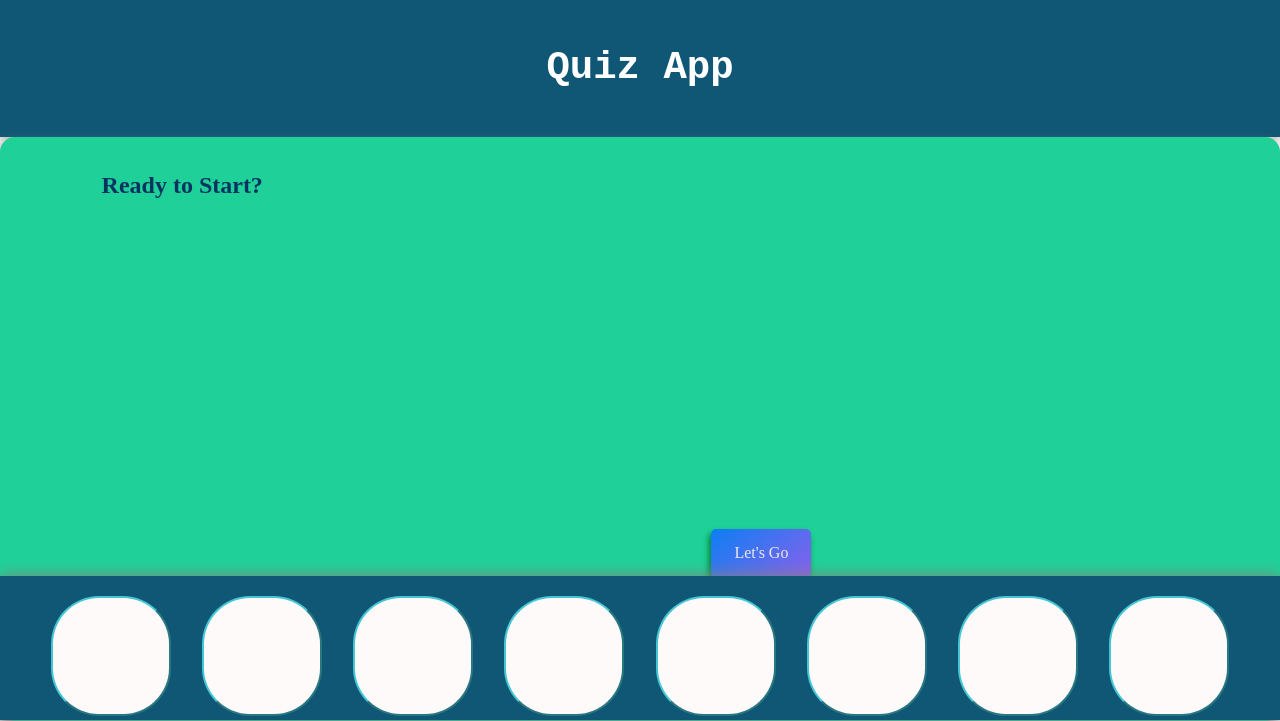
Repository: tpic12/quiz_app
Page: index.html
An editor plug-in stored every save of this project. The page is shown before and after the next save, followed by the edit.
The browser window is 1280 px wide. The pictures show the whole page.

Above is the page before, as saved 2019-12-28 12:20:14.

### index.html
<!DOCTYPE html>
<html lang="en">

<head>
  <meta charset="UTF-8">
  <meta name="viewport" content="width=device-width, initial-scale=1.0">
  <meta http-equiv="X-UA-Compatible" content="ie=edge">
  <title>Quiz App</title>
  <link href="https://cdnjs.cloudflare.com/ajax/libs/normalize/8.0.1/normalize.min.css" rel="stylesheet"
    type="text/css" />
  <link href="app.css" rel="stylesheet" type="text/css" />
</head>

<body>
  <header>
    <section class='banner'>
      <h1>Quiz App</h1>
    </section>
  </header>
  <main class='display'>

  </main>
  <footer>
    <section class='counts'>
        <div class='count 0'></div>
        <div class='count 1'></div>
        <div class='count 2'></div>
        <div class='count 3'></div>
        <div class='count 4'></div>
        <div class='count 5'></div>
        <div class='count 6'></div>
        <div class='count 7'></div>
    </section>
  </footer>
  <script src="https://code.jquery.com/jquery-3.4.1.slim.js" crossorigin="anonymous"></script>
  <script src="app.js"></script>
</body>

</html>

### app.css
/* Your styles should be mobile-first and responsive */

/**
  * If you are unclear on how to utilize a mobile-first, responsive technique to write your CSS, here is an example:
  *
  * https://github.com/andreacardybailey/responsive_example/blob/master/styles/responsive-base.css
  *
*/
* {
  box-sizing: border-box;
  margin: 0;
}

.banner h1 {
  font-family: monospace;
  font-size: 3em;
}

.banner,
footer {
  color: white;
  font-family: monospace;
  padding: 20px;
  width: 100%;
  text-align: center;
  background-color: hsl(198, 76%, 26%);
  box-shadow: 0px 0px 15px grey;
  border-bottom: none;
  left: 0;
}

.main_card {
  display: flex;
  min-width: 20vw;
  min-height: 40vh;
  text-align: center;
  justify-content: space-evenly;
  align-content: space-around;
  background-color: hsl(161, 74%, 47%);
  border-radius: 15px;
  padding: 20px;
  border: none;
  box-shadow: -2px 6px 12px grey;
}

button {
  margin: 30%;
  margin-bottom: 10%;
  color: hsl(0, 7%, 92%);
  background: linear-gradient(140deg, hsl(210, 91%, 50%), hsl(258, 78%, 65%));
  border: none;
  max-width: 130px;
  min-width: 100px;
  border-radius: 5px;
  padding: 15px;
  box-shadow: -2px 4px 6px hsl(142, 98%, 24%);
}

.main_card > form#qForm {
  display: flex;
  flex-flow: row wrap;
}

.mid-card {
  display: flex;
  flex-flow: column wrap;
  margin: auto;
  margin-top: 100px;
  max-width: 400px;
  min-width: 200px;
  text-align: center;

  background-color: hsl(161, 74%, 47%);
  border-radius: 15px;
  padding: 20px;
  border: none;
  box-shadow: -2px 6px 12px grey;
}

.main_card > h2 {
  margin: 15px 0px 0px 5px;
  font-weight: bolder;
  color: hsl(210, 90%, 20%);
}

input {
  margin: 20px 15px 20px 65px;
}

footer {
  position: fixed;
  bottom: 0;
  left: 0;
  max-height: 20vh;
}

.counts {
  display: flex;
  justify-content: space-evenly;
}

.count {
  border: 2px outset hsl(186, 63%, 55%);
  font-family: 'Gill Sans', 'Gill Sans MT', Calibri, 'Trebuchet MS', sans-serif;
  border-radius: 40%;
  flex-direction: row;
  width: 120px;
  height: 120px;
  background-color: hsl(0, 100%, 99%);
  padding: 15px;
}

h1 {
  font-family: sans-serif;
}

.green {
  background-color: green !important;
}

.red {
  background-color: red !important;
}

#snackbar > p {
  visibility: hidden;
  min-width: 15vw;

  color: #fff;
  text-align: center;
  align-content: flex-start;
  padding: 5px;
  position: absolute;
  z-index: 1;
  left: ;
  top: -30px;
}

#snackbar.show {
  visibility: visible;
  /-webkit-animation: fadein 0.5s, fadeout 0.5s 2.5s;
  animation: fadein 0.5s, fadeout 0.5s 2.5s;
}

### app.js
/**
 * Example store structure
 */
'use strict';

const STORE = {
  // 5 or more questions are required
  questions: [
    {
      question: 'How many items in a bakers dozen??',
      answers: ['11', '12', '13', '3'],
      correctAnswer: '13'
    },
    {
      question: 'What month is Oktoberfest held?',
      answers: ['September', 'October', 'Every Month', 'August'],
      correctAnswer: 'September'
    },
    {
      question: 'What color is an Orange Blossom?',
      answers: ['Red', 'Orange', 'Pink', 'White'],
      correctAnswer: 'White'
    },
    {
      question: 'Where did the Panama Hat originate?',
      answers: ['Ecuador', 'Panama', 'China', 'Cuba'],
      correctAnswer: 'Ecuador'
    },
    {
      question: 'What are toy marbles made from?',
      answers: ['Plastic', 'Quartz', 'Diamond', 'Glass'],
      correctAnswer: 'Glass'
    },
    {
      question: 'How many gallons are in a ten-gallon hat?',
      answers: [
        'Half a Gallon',
        'Ten-Gallons',
        'Three-Fourths of a Gallon',
        'Give-Gallon'
      ],
      correctAnswer: 'Three-Fourths of a Gallon'
    },
    {
      question: 'What is the biggest animal to ever live?',
      answers: ['Mammoth', 'T-Rex', 'Blue Whale', 'Brontosaurus'],
      correctAnswer: 'Blue Whale'
    },
    {
      question: 'Where is the red-bellied woodpecker predominately red?',
      answers: ['Head', 'Wings', 'Feet', 'Belly'],
      correctAnswer: 'Head'
    }
  ],
  questionNumber: 0,
  score: 0,
  quizStart: false
};

/**
 *
 * Your app should include a render() function, that regenerates
 * the view each time the store is updated. See your course
 * material, consult your instructor, and reference the slides
 * for more details.
 *
 * NO additional HTML elements should be added to the index.html file.
 *
 * You may add attributes (classes, ids, etc) to the existing HTML elements, or link stylesheets or additional scripts if necessary
 *
 */

/**
 * This function renders the quiz after you start, ...
 * answer a question, or restart the quiz
 */
function renderStartQuiz() {
  const mainCard = `<section class="main_card">
      <h2>Ready to Start?</h2>
      <button type='submit' id='start_quiz'>Let's Go</button>
    </section>`;

  $('.display').html(mainCard);

  $('.display').on('click', '#start_quiz', function(event) {
    event.preventDefault();
    STORE.quizStart = true;
    $('.main_card')
      .children()
      .remove();
    handleQuiz();
  });
}
/**
 * renders question one at a time depending on question number
 */
function renderQuestion() {
  if (
    STORE.questionNumber === STORE.questions.length &&
    STORE.questionNumber > 1
  ) {
    renderResults();
  } else {
    const qCard = `<h2>${STORE.questions[STORE.questionNumber].question}</h2>
    <form id="qForm">
        <input type='radio' name='answer' id='q1' value="${
          STORE.questions[STORE.questionNumber].answers[0]
        }"/><label for='q1' id='0'>${
      STORE.questions[STORE.questionNumber].answers[0]
    }</label>
        <input type='radio' name='answer' id='q2' value="${
          STORE.questions[STORE.questionNumber].answers[1]
        }"/><label for='q2' id='1'>${
      STORE.questions[STORE.questionNumber].answers[1]
    }</label><br>
        <input type='radio' name='answer' id='q3' value="${
          STORE.questions[STORE.questionNumber].answers[2]
        }"/><label for='q3' id='2'>${
      STORE.questions[STORE.questionNumber].answers[2]
    }</label>
        <input type='radio' name='answer' id='q4' value="${
          STORE.questions[STORE.questionNumber].answers[3]
        }"/><label for='q4' id='3'>${
      STORE.questions[STORE.questionNumber].answers[3]
    }</label><br>
    </form>
    <button type='submit' id='submit_answer'>Final Answer</button>`;

    $('.main_card').html(qCard);
    $('input:checked').on('su');
    $('.main_card').on('click', '#submit_answer', function(event) {
      event.preventDefault();
      checkAnswer();
      //original next question spot

      $('.main_card')
        .children()
        .remove();

      handleQuiz();
    });
  }
}
/**
 * renders results page

 */

function generateResults(finalScore, numberOfQuestions) {
  return `<h2>You scored ${finalScore} out of ${numberOfQuestions}!</h2><button id='restart'>Restart Quiz</button>`;
}

/* Render results element with button that restarts the quiz*/
function renderResults() {
  let score = STORE.score;
  let num = STORE.questionNumber;

  $('.main_card').html(generateResults(score, num));
  $('#restart').click(function(event) {
    event.preventDefault();
    console.log('Restarting Quiz');

    STORE.questionNumber = 0;
    STORE.score = 0;
    $('.count')
      .removeClass('snackbar')
      .removeClass('red')
      .removeClass('green')
      .removeClass('show');
    renderStartQuiz();
  });
}

/**
 * this function checks the correctnes of the answer
 */
function checkAnswer() {
  let form = document.getElementById('qForm');
  let ans = form['answer'];
  for (let i = 0; i < ans.length; i++) {
    //is a button checked
    if (ans[i].checked) {
      //compare value of ans[i] to correct answer
      if (
        ans[i].value === STORE.questions[STORE.questionNumber].correctAnswer
      ) {
        scoreKeeper(true);
      } else {
        scoreKeeper(false);
      }
    }
  }
}

function generateAnswerSnackbar(questionAnswer) {
  return `<div class=.${STORE.questionNumber}>
              <p>Sorry, the correct answer is ${questionAnswer}</p>
          </div>`;
}

function scoreKeeper(bool) {
  if (bool === true) {
    console.log('plus 1 point');
    STORE.score++;
    $(`.${STORE.questionNumber}`)
      .addClass('green')
      .addClass('snackbar')
      .html(`<p>Correct!</p>`);
    $('section.main_card');
    console.log('next q!');
    STORE.questionNumber++;
  }
  if (bool === false) {
    console.log('no points for you');
    $(`.${STORE.questionNumber}`)
      .addClass('red')
      .addClass('snackbar')
      .html(
        generateAnswerSnackbar(
          STORE.questions[STORE.questionNumber].correctAnswer
        )
      );
    console.log('next q!');
    STORE.questionNumber++;
  }
}

function handleQuiz() {
  if (STORE.quizStart === false) {
    renderStartQuiz();
  } else {
    renderQuestion();
  }
}

$(handleQuiz);

After the next save:
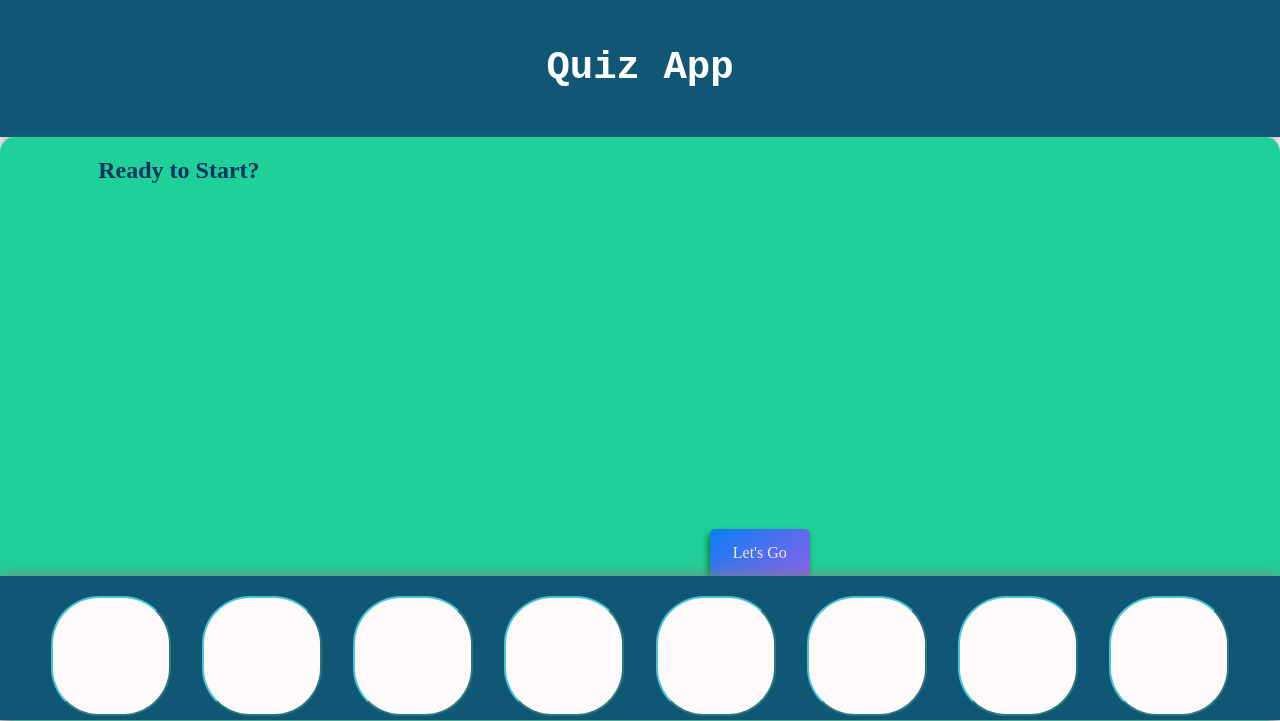
Saved 12 s later.
--- a/app.css
+++ b/app.css
@@ -78,7 +78,6 @@ button {
 }
 
 .main_card > h2 {
-  margin: 15px 0px 0px 5px;
   font-weight: bolder;
   color: hsl(210, 90%, 20%);
 }
